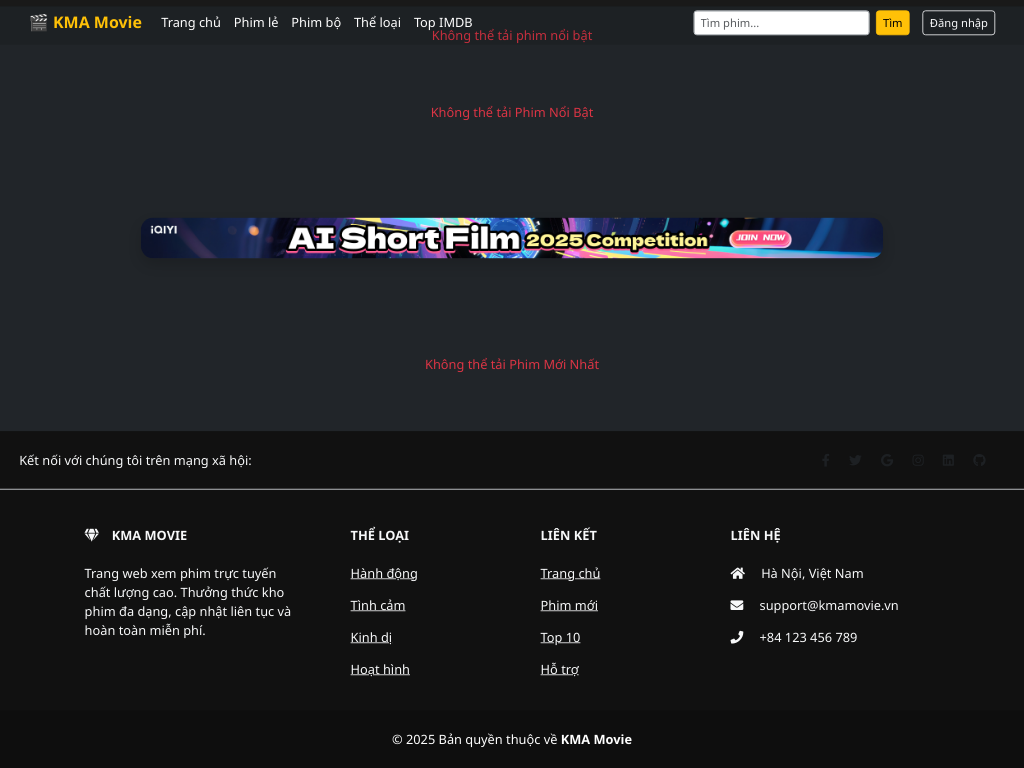
Repository: takagi2004/KMA_Nhom27_TTCS_WebXemFilm_FonEnd
Page: /
The author's editor kept a copy of each file at every save. The page is drawn from the files as they stood at one save, then again after the next save.
The browser window is 1280 px wide. The pictures show the whole page, at 80% of full size.
The page's requests for data from a server got no answer. The project was rebuilt for these pictures with package versions that can differ from the ones it lists, and the page was loaded fresh each time. No one was signed in, and anything a server would have sent is missing. Also part of the build but not shown: src/layout/danhsachphim/Props/PhimCard.tsx.

Above is the page before, as saved 2025-08-07 01:34:23.

### public/index.html
<!DOCTYPE html>
<html lang="en">
  <head>
    <meta charset="utf-8" />
    <link rel="icon" href="%PUBLIC_URL%/favicon.ico" />
    <meta name="viewport" content="width=device-width, initial-scale=1" />
    <meta name="theme-color" content="#000000" />
    <meta
      name="description"
      content="Web site created using create-react-app"
    />
    <link rel="apple-touch-icon" href="%PUBLIC_URL%/logo192.png" />
    <!--
      manifest.json provides metadata used when your web app is installed on a
      user's mobile device or desktop. See https://developers.google.com/web/fundamentals/web-app-manifest/
    -->
    <link rel="manifest" href="%PUBLIC_URL%/manifest.json" />
    <!--
      Notice the use of %PUBLIC_URL% in the tags above.
      It will be replaced with the URL of the `public` folder during the build.
      Only files inside the `public` folder can be referenced from the HTML.

      Unlike "/favicon.ico" or "favicon.ico", "%PUBLIC_URL%/favicon.ico" will
      work correctly both with client-side routing and a non-root public URL.
      Learn how to configure a non-root public URL by running `npm run build`.
    -->
    <link href="https://cdn.jsdelivr.net/npm/bootstrap@5.3.7/dist/css/bootstrap.min.css" rel="stylesheet" integrity="sha384-LN+7fdVzj6u52u30Kp6M/trliBMCMKTyK833zpbD+pXdCLuTusPj697FH4R/5mcr" crossorigin="anonymous">
    <link rel="stylesheet" href="https://cdnjs.cloudflare.com/ajax/libs/font-awesome/5.15.3/css/all.min.css">
    <title>Xem Phim Hay,Mới Nhất Tại Phimmoi.com</title>
  </head>
  <body>
    <noscript>You need to enable JavaScript to run this app.</noscript>
    <div id="root"></div>
    <!--
      This HTML file is a template.
      If you open it directly in the browser, you will see an empty page.

      You can add webfonts, meta tags, or analytics to this file.
      The build step will place the bundled scripts into the <body> tag.

      To begin the development, run `npm start` or `yarn start`.
      To create a production bundle, use `npm run build` or `yarn build`.
    -->
    <script src="https://cdn.jsdelivr.net/npm/bootstrap@5.3.7/dist/js/bootstrap.bundle.min.js" integrity="sha384-ndDqU0Gzau9qJ1lfW4pNLlhNTkCfHzAVBReH9diLvGRem5+R9g2FzA8ZGN954O5Q" crossorigin="anonymous"></script>
  </body>
</html>

### src/App.tsx
import React from 'react';
import './App.css';
import Hompage from './layout/Hompage';

function App() {
  return (
    <div className="App">
       <Hompage />
    </div>
  );
}

export default App;

### src/layout/Hompage.tsx
import DanhSachPhim from "./danhsachphim/DanhSachPhim";
import Footer from "./header/foode-narbar-carosel/Footer";
import Header from "./header/Header";
import React from "react";
function Hompage() {
  return (
    <div className="App">
       <Header />
       <Footer />
    </div>
  );
}

export default Hompage;

### src/layout/header/foode-narbar-carosel/Footer.tsx
import React from "react";

/**
 * Footer cho trang web xem phim
 * - Responsive đầy đủ (mobile, tablet, desktop)
 * - Có phần mạng xã hội + liên hệ + link nhanh
 * - Thiết kế nền tối phù hợp trang xem phim
 */
const Footer: React.FC = () => {
  return (
    <footer className="text-center text-lg-start text-muted" style={{ backgroundColor: "#111" }}>
      {/* ====================== MẠNG XÃ HỘI ====================== */}
      <section className="d-flex justify-content-center justify-content-lg-between p-4 border-bottom">
        {/* Bên trái - chỉ hiện trên màn hình lớn */}
        <div className="me-5 d-none d-lg-block text-light">
          <span>Kết nối với chúng tôi trên mạng xã hội:</span>
        </div>

        {/* Bên phải - icon mạng xã hội */}
        <div>
          <a href="#" className="me-4 text-reset text-light"><i className="fab fa-facebook-f"></i></a>
          <a href="#" className="me-4 text-reset text-light"><i className="fab fa-twitter"></i></a>
          <a href="#" className="me-4 text-reset text-light"><i className="fab fa-google"></i></a>
          <a href="#" className="me-4 text-reset text-light"><i className="fab fa-instagram"></i></a>
          <a href="#" className="me-4 text-reset text-light"><i className="fab fa-linkedin"></i></a>
          <a href="#" className="me-4 text-reset text-light"><i className="fab fa-github"></i></a>
        </div>
      </section>

      {/* ====================== LIÊN KẾT NHANH ====================== */}
      <section>
        <div className="container text-center text-md-start mt-5 text-light">
          <div className="row mt-3">
            {/* Cột 1 - Giới thiệu */}
            <div className="col-md-3 col-lg-4 col-xl-3 mx-auto mb-4">
              <h6 className="text-uppercase fw-bold mb-4">
                <i className="fas fa-gem me-3"></i>KMA Movie
              </h6>
              <p>
                Trang web xem phim trực tuyến chất lượng cao.
                Thưởng thức kho phim đa dạng, cập nhật liên tục và hoàn toàn miễn phí.
              </p>
            </div>

            {/* Cột 2 - Thể loại */}
            <div className="col-md-2 col-lg-2 col-xl-2 mx-auto mb-4">
              <h6 className="text-uppercase fw-bold mb-4">Thể loại</h6>
              <p><a href="#" className="text-reset">Hành động</a></p>
              <p><a href="#" className="text-reset">Tình cảm</a></p>
              <p><a href="#" className="text-reset">Kinh dị</a></p>
              <p><a href="#" className="text-reset">Hoạt hình</a></p>
            </div>

            {/* Cột 3 - Liên kết hữu ích */}
            <div className="col-md-3 col-lg-2 col-xl-2 mx-auto mb-4">
              <h6 className="text-uppercase fw-bold mb-4">Liên kết</h6>
              <p><a href="#" className="text-reset">Trang chủ</a></p>
              <p><a href="#" className="text-reset">Phim mới</a></p>
              <p><a href="#" className="text-reset">Top 10</a></p>
              <p><a href="#" className="text-reset">Hỗ trợ</a></p>
            </div>

            {/* Cột 4 - Liên hệ */}
            <div className="col-md-4 col-lg-3 col-xl-3 mx-auto mb-md-0 mb-4">
              <h6 className="text-uppercase fw-bold mb-4">Liên hệ</h6>
              <p><i className="fas fa-home me-3"></i> Hà Nội, Việt Nam</p>
              <p><i className="fas fa-envelope me-3"></i> support@kmamovie.vn</p>
              <p><i className="fas fa-phone me-3"></i> +84 123 456 789</p>
            </div>
          </div>
        </div>
      </section>

      {/* ====================== COPYRIGHT ====================== */}
      <div
        className="text-center p-4"
        style={{ backgroundColor: "rgba(0, 0, 0, 0.2)", color: "#fff" }}
      >
        © 2025 Bản quyền thuộc về <strong>KMA Movie</strong>
      </div>
    </footer>
  );
};

export default Footer;

### src/layout/header/Header.tsx
import React from "react";
import Navbar from "./foode-narbar-carosel/Narbar";
import Carousel from "./foode-narbar-carosel/Carousel";
import DanhSachPhim from "../danhsachphim/DanhSachPhim";
import { PhimAPI } from "../../api/PhimAPI";
import BannerMid from "../../anh/banne.jpg";

const Header: React.FC = () => {
  return (
    <div className="bg-dark">
      {/* NAVBAR */}
      <Navbar />

      {/* CAROUSEL */}
      <div className="mt-2 mb-4">
        <Carousel />
      </div>

      {/* MAIN CONTENT */}
      <main className="container-fluid d-flex flex-column pb-5">

        {/* Danh sách 1 */}
        <section className="mb-4">
          <DanhSachPhim
            title="Phim Nổi Bật"
            fetchApi={() => PhimAPI.getPhimNoiBat(30)}
          />
        </section>

        {/* Banner giữa */}
        <section className="text-center my-4">
          <img
            src={BannerMid}
            alt="Banner giữa danh sách phim"
            className="banner-mid img-fluid shadow"
          />
        </section>

        {/* Danh sách 2 */}
        <section className="mt-4">
          <DanhSachPhim
            title="Phim Mới Nhất"
            fetchApi={() => PhimAPI.getPhimMoiNhat(20)}
          />
        </section>
      </main>
    </div>
  );
};

export default Header;

### src/layout/header/foode-narbar-carosel/Narbar.tsx
import React, { useEffect, useState } from "react";
import "./../../../App.css";

const Navbar: React.FC = () => {
  const [scrolled, setScrolled] = useState(false);

  // Theo dõi sự kiện scroll để đổi trạng thái navbar
  useEffect(() => {
    const handleScroll = () => {
      if (window.scrollY > 50) {
        setScrolled(true);
      } else {
        setScrolled(false);
      }
    };

    window.addEventListener("scroll", handleScroll);
    return () => {
      window.removeEventListener("scroll", handleScroll);
    };
  }, []);

  return (
    <nav
      className={`navbar navbar-expand-lg fixed-top px-4 ${
        scrolled ? "navbar-dark bg-dark shadow" : "navbar-dark bg-transparent"
      }`}
    >
      <div className="container-fluid">
        {/* Logo */}
        <a className="navbar-brand fw-bold text-warning" href="/">
          🎬 KMA Movie
        </a>

        {/* Menu icon mobile */}
        <button
          className="navbar-toggler"
          type="button"
          data-bs-toggle="collapse"
          data-bs-target="#navbarMovie"
          aria-controls="navbarMovie"
          aria-expanded="false"
          aria-label="Toggle navigation"
        >
          <span className="navbar-toggler-icon"></span>
        </button>

        {/* Menu */}
        <div className="collapse navbar-collapse" id="navbarMovie">
          <ul className="navbar-nav me-auto mb-2 mb-lg-0">
            <li className="nav-item"><a className="nav-link active" href="/">Trang chủ</a></li>
            <li className="nav-item"><a className="nav-link" href="/phim-le">Phim lẻ</a></li>
            <li className="nav-item"><a className="nav-link" href="/phim-bo">Phim bộ</a></li>
            <li className="nav-item"><a className="nav-link" href="/the-loai">Thể loại</a></li>
            <li className="nav-item"><a className="nav-link" href="/top-imdb">Top IMDB</a></li>
          </ul>

          {/* Search */}
          <form className="d-flex me-3">
            <input
              className="form-control form-control-sm me-2"
              type="search"
              placeholder="Tìm phim..."
            />
            <button className="btn btn-sm btn-warning" type="submit">
              Tìm
            </button>
          </form>

          {/* Icon user */}
          <a className="btn btn-outline-light btn-sm">Đăng nhập</a>
        </div>
      </div>
    </nav>
  );
};

export default Navbar;

### src/layout/header/foode-narbar-carosel/Carousel.tsx
import React, { useEffect, useState } from "react";
import "../../../App.css";
import { PhimAPI } from "../../../api/PhimAPI";
import PhimModel from "../../../model/PhimModel";

const Carousel: React.FC = () => {
  const [phimNoiBat, setPhimNoiBat] = useState<PhimModel[]>([]);
  const [loading, setLoading] = useState(true);
  const [error, setError] = useState<string | null>(null);

  useEffect(() => {
    PhimAPI.getPhimNoiBat(5)
      .then((data) => {
        setPhimNoiBat(data);
        setLoading(false);
      })
      .catch((err) => {
        setError("Không thể tải phim nổi bật");
        console.error(err);
        setLoading(false);
      });
  }, []);

  if (loading) return <div className="text-light p-4">Đang tải phim nổi bật...</div>;
  if (error) return <div className="text-danger p-4">{error}</div>;

  return (
    <div id="movieCarousel" className="carousel slide carousel-fade carousel-container" data-bs-ride="carousel">
      <div className="carousel-inner">
        {phimNoiBat.map((phim, index) => {
          const thoiLuong = phim.tapPhim?.length
            ? `${phim.tapPhim[0].thoiLuong} phút`
            : "Chưa có";

          return (
            <div key={phim.idPhim} className={`carousel-item ${index === 0 ? "active" : ""}`}>
              <img
                src={phim.anhBia || "https://via.placeholder.com/1920x1080?text=No+Image"}
                className="d-block w-100 carousel-img"
                alt={phim.tenPhim}
              />

              {/* Overlay cho desktop */}
              <div className="carousel-overlay-bottom-left d-none d-sm-block">
                <h2 className="fw-bold display-5">{phim.tenPhim}</h2>

                <div className="mb-2">
                  <span className="badge bg-success me-2">Top Thịnh Hành</span>
                  {phim.goiDangKy?.map((goi, i) => (
                    <span key={i} className="badge bg-info me-2">{goi}</span>
                  ))}
                </div>

                <p className="mb-1">
                  <span className="text-warning fw-bold me-2">
                    ★ {phim.diemTrungBinh?.toFixed(1) || 0}
                  </span>
                  {phim.namPhatHanh} | {phim.soLuong || 0} tập | {thoiLuong}
                </p>

                <p className="mb-2 text-light small">
                  {phim.theLoai?.join(" • ")} {phim.quocGia && `• ${phim.quocGia}`}
                </p>

                <p className="text-light" style={{ maxWidth: "600px" }}>
                  {phim.moTa?.length && phim.moTa.length > 200
                    ? phim.moTa.substring(0, 200) + "..."
                    : phim.moTa}
                </p>

                <div className="mt-3">
                  <button className="btn btn-success me-2">▶ Xem ngay</button>
                  <button className="btn btn-outline-light">+ Thêm vào danh sách</button>
                </div>
              </div>

              {/* Info mobile */}
              <div className="carousel-mobile-info d-sm-none">
                <h2>{phim.tenPhim}</h2>
                <span className="badge bg-success">Top Thịnh Hành</span>
                {phim.goiDangKy?.map((goi, i) => (
                  <span key={i} className="badge bg-info">{goi}</span>
                ))}

                <span className="rating">★ {phim.diemTrungBinh?.toFixed(1) || 0}</span>
                <div className="meta">
                  {phim.namPhatHanh} | {phim.soLuong || 0} tập | {thoiLuong}
                </div>

                <div className="mt-2">
                  <button className="btn btn-success me-2">▶ Xem ngay</button>
                  <button className="btn btn-outline-light">+ Thêm vào danh sách</button>
                </div>
              </div>
            </div>
          );
        })}
      </div>

      <button className="carousel-control-prev" type="button" data-bs-target="#movieCarousel" data-bs-slide="prev">
        <span className="carousel-control-prev-icon" aria-hidden="true"></span>
      </button>
      <button className="carousel-control-next" type="button" data-bs-target="#movieCarousel" data-bs-slide="next">
        <span className="carousel-control-next-icon" aria-hidden="true"></span>
      </button>
    </div>
  );
};

export default Carousel;

### src/layout/danhsachphim/DanhSachPhim.tsx
import React, { useEffect, useState } from "react";
import Slider from "react-slick";
import PhimModel from "../../model/PhimModel";
import PhimCard from "./Props/PhimCard";
import "slick-carousel/slick/slick.css";
import "slick-carousel/slick/slick-theme.css";

interface DanhSachPhimProps {
  title: string;
  fetchApi: () => Promise<PhimModel[]>;
  slidesToShow?: number;
}

const DanhSachPhim: React.FC<DanhSachPhimProps> = ({ title, fetchApi, slidesToShow = 8 }) => {
  const [phimList, setPhimList] = useState<PhimModel[]>([]);
  const [loading, setLoading] = useState(true);
  const [error, setError] = useState<string | null>(null);

  useEffect(() => {
    fetchApi()
      .then((data) => {
        setPhimList(data);
        setLoading(false);
      })
      .catch(() => {
        setError(`Không thể tải ${title}`);
        setLoading(false);
      });
  }, [fetchApi, title]);

  if (loading) return <div className="text-light p-4">Đang tải {title}...</div>;
  if (error) return <div className="text-danger p-4">{error}</div>;

  const settings = {
    dots: false,
    infinite: false,
    speed: 500,
    slidesToShow,
    slidesToScroll: slidesToShow,
    arrows: true,
    responsive: [
      {
        breakpoint: 1200,
        settings: { slidesToShow: Math.min(4, slidesToShow), slidesToScroll: 4 },
      },
      {
        breakpoint: 768,
        settings: { slidesToShow: 2, slidesToScroll: 2 },
      },
    ],
  };

  return (
    <div className="danh-sach-phim-wrapper">
      <div className="danh-sach-phim-container">
        <h3 className="mb-4 text-light fw-bold ps-4 text-start">{title}</h3>
        <div className="px-4">
          <Slider {...settings}>
            {phimList.map((phim) => (
              <div key={phim.idPhim} className="px-2">
                <PhimCard phim={phim} />
              </div>
            ))}
          </Slider>
        </div>
      </div>
    </div>
  );
};

export default DanhSachPhim;

### src/api/PhimAPI.ts
import axios from "axios";
import PhimModel from "../model/PhimModel";

const API_BASE_URL = "http://localhost:8080/api/phim";

export const PhimAPI = {
    // 1. Lấy tất cả phim
    getAllPhim: async (): Promise<PhimModel[]> => {
        const response = await axios.get<PhimModel[]>(`${API_BASE_URL}/all`);
        return response.data;
    },

    // 2. Lấy top phim thịnh hành
    getTopThinhHanh: async (limit: number = 10): Promise<PhimModel[]> => {
        const response = await axios.get<PhimModel[]>(`${API_BASE_URL}/top?limit=${limit}`);
        return response.data;
    },

    // 3. Lấy phim nổi bật (cho carousel)
    getPhimNoiBat: async (limit: number = 5): Promise<PhimModel[]> => {
        const response = await axios.get<PhimModel[]>(`${API_BASE_URL}/noi-bat?limit=${limit}`);
        return response.data;
    },

    // 4. Lấy chi tiết 1 phim theo ID
    getPhimById: async (id: number): Promise<PhimModel> => {
        const response = await axios.get<PhimModel>(`${API_BASE_URL}/${id}`);
        return response.data;
    },

    // 5. (Optional) Tìm kiếm phim theo từ khóa
    searchPhim: async (keyword: string): Promise<PhimModel[]> => {
        const response = await axios.get<PhimModel[]>(`${API_BASE_URL}/search?keyword=${encodeURIComponent(keyword)}`);
        return response.data;
    },
    // 6. Lấy phim mới nhất
    getPhimMoiNhat: async (limit: number = 10): Promise<PhimModel[]> => {
        const response = await axios.get<PhimModel[]>(`${API_BASE_URL}/moi-nhat?limit=${limit}`);
        return response.data;
    }
};

Loaded but not shown: src/index.tsx (common file); src/index.css (common file); src/reportWebVitals.ts (common file); src/App.css (333 lines, source omitted)

After the next save:
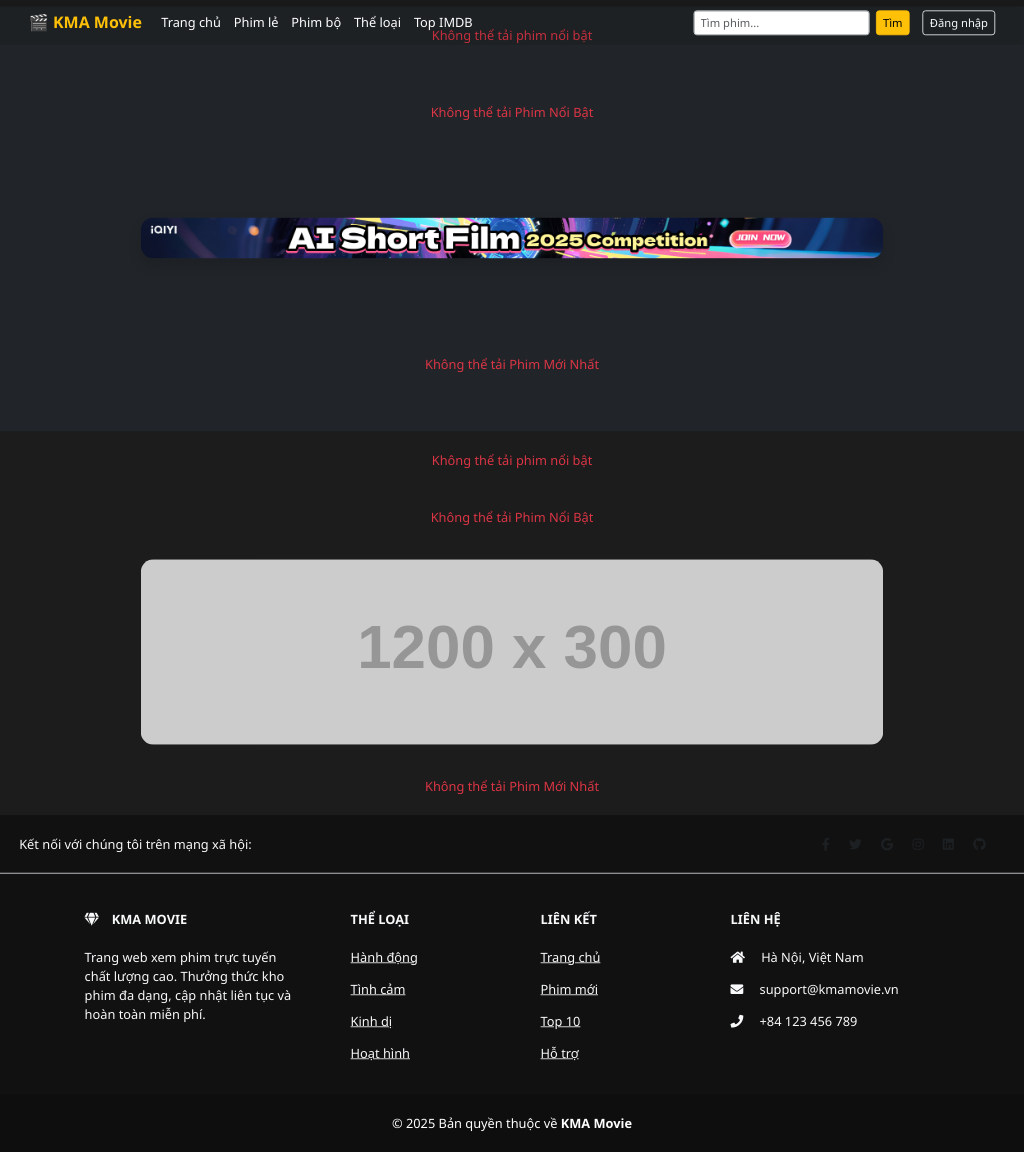
Saved 11 min 57 s later.
--- a/src/layout/Hompage.tsx
+++ b/src/layout/Hompage.tsx
@@ -1,14 +1,43 @@
+import React from "react";
+import Header from "./header/Header";
+import Footer from "./header/foode-narbar-carosel/Footer";
+import Carousel from "./header/foode-narbar-carosel/Carousel";
 import DanhSachPhim from "./danhsachphim/DanhSachPhim";
-import Footer from "./header/foode-narbar-carosel/Footer";
-import Header from "./header/Header";
-import React from "react";
-function Hompage() {
+import { PhimAPI } from "../api/PhimAPI";
+
+function Homepage() {
   return (
     <div className="App">
-       <Header />
-       <Footer />
+      <Header />
+
+      <main className="container-fluid">
+        {/* Carousel */}
+        <Carousel />
+
+        {/* Danh sách phim */}
+        <DanhSachPhim
+          title="Phim Nổi Bật"
+          fetchApi={() => PhimAPI.getPhimNoiBat(12)}
+          slidesToShow={8}
+        />
+
+        {/* Banner giữa */}
+        <img
+          src="https://via.placeholder.com/1200x300?text=AI+Short+Film+2025+Competition"
+          alt="AI Short Film 2025 Competition"
+          className="banner-mid"
+        />
+
+        <DanhSachPhim
+          title="Phim Mới Nhất"
+          fetchApi={() => PhimAPI.getPhimMoiNhat(12)}
+          slidesToShow={8}
+        />
+      </main>
+
+      <Footer />
     </div>
   );
 }
 
-export default Hompage;
+export default Homepage;
